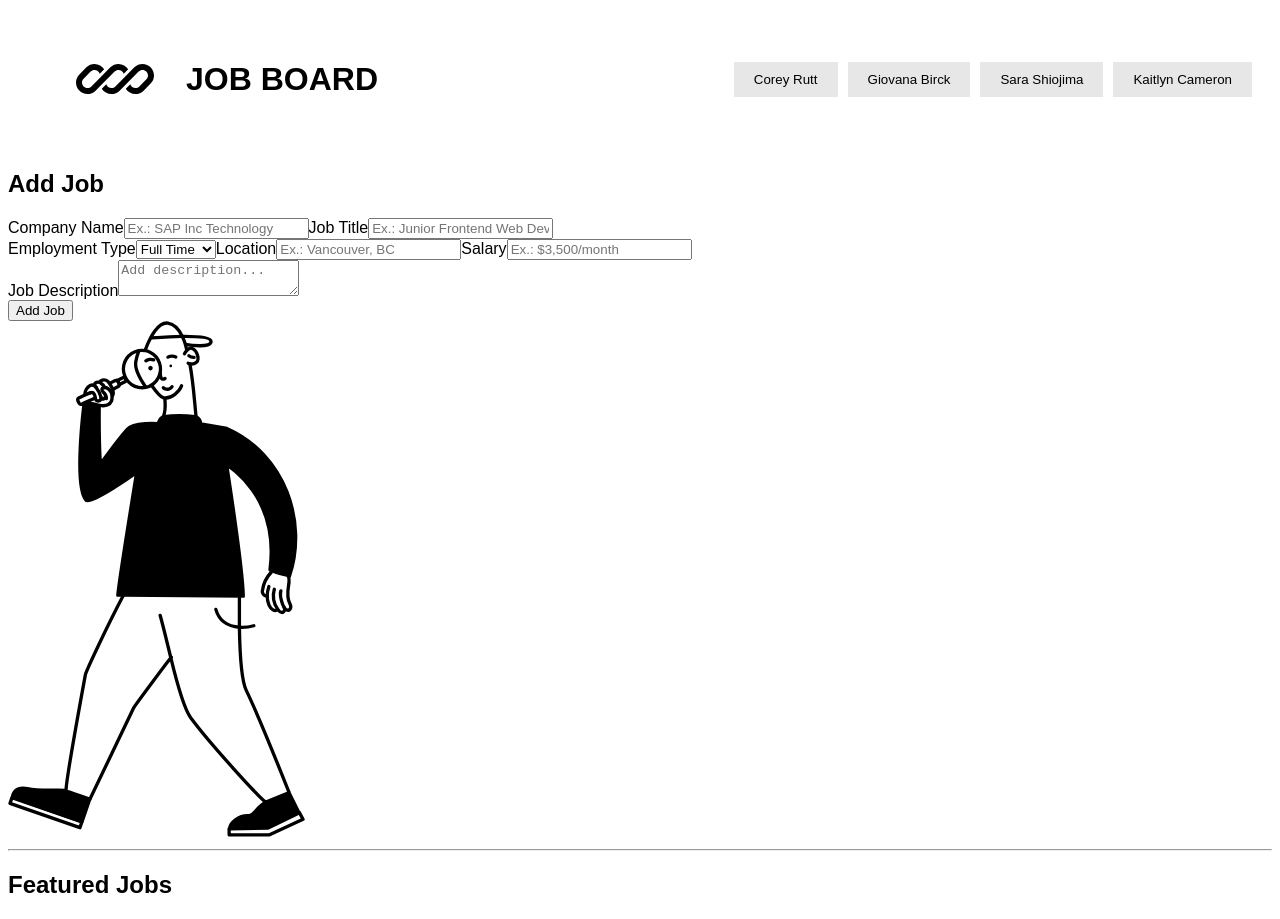
Repository: kcameron37/Final-Project-FrontEnd
Page: /
These files come from the project's save history. The page is drawn as it stood at one moment and after the next save; the edit follows.
The browser window is 1280 px wide. The pictures show the whole page.
The project was rebuilt for these pictures with package versions that can differ from the ones it lists, and the page was loaded fresh each time. Also part of the build but not shown: src/components/addJob.module.css.

Above is the page before, as saved 2023-11-14 20:12:32.

### src/App.js
import React, { useState } from 'react';

import styles from './styles.css';

import JobList from './components/JobList.js';
import AddJob from './components/AddJob.js';
import NavBar from './components/NavBar.js';


export default function App() {
  const [jobs, setJobs] = useState([]);

  const addJob = (job) => {
    setJobs([...jobs, job]);
  };

  const deleteJob = (index) => {
    const newJobs = jobs.filter((_, idx) => idx !== index);
    setJobs(newJobs);
  };

  return (
    <div className="App">
      <NavBar />
      <AddJob addJob={addJob} />
      <JobList jobs={jobs} deleteJob={deleteJob} />
    </div>
  );
}

### src/styles.css
.App {
  font-family: 'Rubik', sans-serif;
}

### src/components/JobList.js
import React from 'react';

export default function JobList({ jobs, deleteJob }) {
  return (
    <div>
      <hr />
      <h2>Featured Jobs</h2>
      {
        jobs.map((job, index) => (
          <div key={index} className="job-item">
            <h3>{job.jobTitle}</h3>
            <button onClick={() => console.log('Make Edit Do Something')}>Edit</button>
            <button onClick={() => deleteJob(index)}>Delete</button>
            <p>{job.companyName} • {job.employment} • {job.location} • {job.salary}</p>
            <p>{job.description}</p>
            <hr />
          </div>
        ))
      }
    </div>
  );
}

### src/components/AddJob.js
import React, { useState } from 'react';
import styles from './addJob.module.css';


export default function AddJob({ addJob }) {

    const [job, setJob] = useState({
        companyName: '',
        jobTitle: '',
        employment: 'Full Time',
        location: '',
        salary: '',
        description: ''
    });

    const handleSubmit = (e) => {
        e.preventDefault();
        addJob(job);
        setJob({ companyName: '', jobTitle: '', employment: 'Full Time', location: '', salary: '', description: '' });
    }

    const handleChange = (e) => {
        setJob({ ...job, [e.target.name]: e.target.value });
    };

    return (
        <form onSubmit={handleSubmit} className={styles.formContainer}>
            <h2>Add Job</h2>
            <div>
                <label>Company Name</label>
                <input
                    type="text"
                    name="companyName"
                    value={job.companyName}
                    onChange={handleChange}
                    placeholder="Ex.: SAP Inc Technology"
                />

                <label>Job Title</label>
                <input
                    type="text"
                    name="jobTitle"
                    value={job.jobTitle}
                    onChange={handleChange}
                    placeholder="Ex.: Junior Frontend Web Developer"
                />
            </div>

            <div>
                <label>Employment Type</label>
                <select name="employment" value={job.employment} onChange={handleChange}>
                    <option value="Full Time">Full Time</option>
                    <option value="Part Time">Part Time</option>
                </select>

                <label>Location</label>
                <input
                    type="text"
                    name="location"
                    value={job.location}
                    onChange={handleChange}
                    placeholder="Ex.: Vancouver, BC"
                />

                <label>Salary</label>
                <input
                    type="text"
                    name="salary"
                    value={job.salary}
                    onChange={handleChange}
                    placeholder="Ex.: $3,500/month"
                />
            </div>

            <div>
                <label>Job Description</label>
                <textarea
                    name="description"
                    value={job.description}
                    onChange={handleChange}
                    placeholder="Add description..."
                />
            </div>
            <button type="submit">Add Job</button>

            <div>
                <img src="/images/man.svg" alt="Logo" />
            </div>
        </form>
    );
}

### src/components/NavBar.js
import React from 'react';
import styles from './navBar.module.css';

export default function NavBar() {
    return (
        <div className={styles.navBar}>
            <div className={styles.logo}>
                <img src="/images/logo.svg" alt="Logo" />
                <h2>JOB BOARD</h2>
            </div>

            <div>
                <button>Corey Rutt</button>
                <button>Giovana Birck</button>
                <button>Sara Shiojima</button>
                <button>Kaitlyn Cameron</button>
            </div>
        </div>
    );
}

### src/components/navBar.module.css
.logo{
  display: flex;
  align-items: center;
  margin-left: 2em;
  padding: 1em;
}

.logo h2 {
  margin-left: 1em;
  font-size: 32px;
}

.navBar {
    background-color: transparent;
    padding: 10px 20px;
    display: flex;
    align-items: center;
    justify-content: space-between;
  }

  .navBar img {
    height: 30px;
  }

  .navBar button {
    background-color: #e7e7e7;
    border: none;
    padding: 10px 20px;
    margin-left: 10px;
    cursor: pointer;
  }

Loaded but not shown: public/index.html (common file); src/index.js (common file)

After the next save:
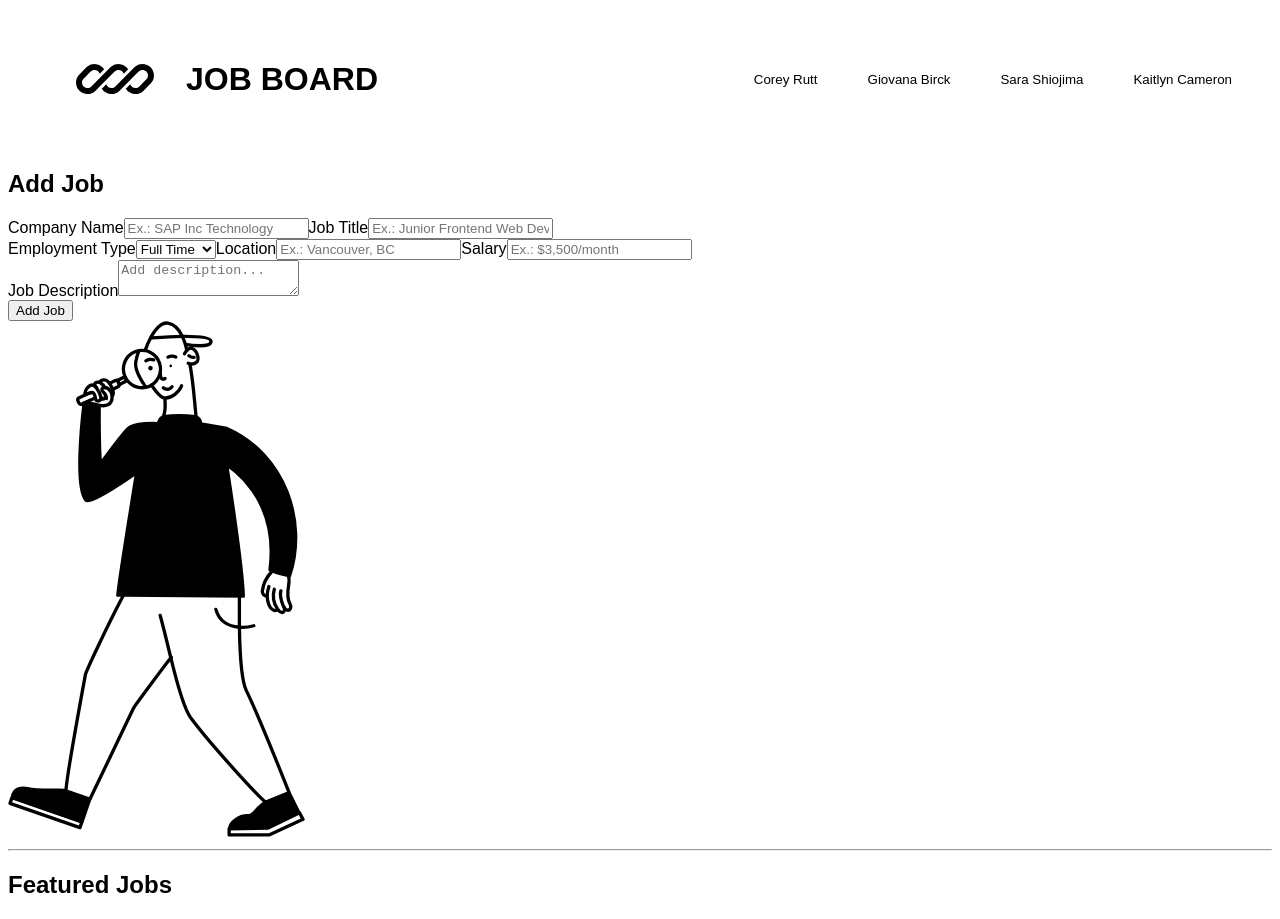
Saved 14 s later.
--- a/src/components/navBar.module.css
+++ b/src/components/navBar.module.css
@@ -23,7 +23,7 @@
   }
 
   .navBar button {
-    background-color: #e7e7e7;
+    background-color: transparent;
     border: none;
     padding: 10px 20px;
     margin-left: 10px;
